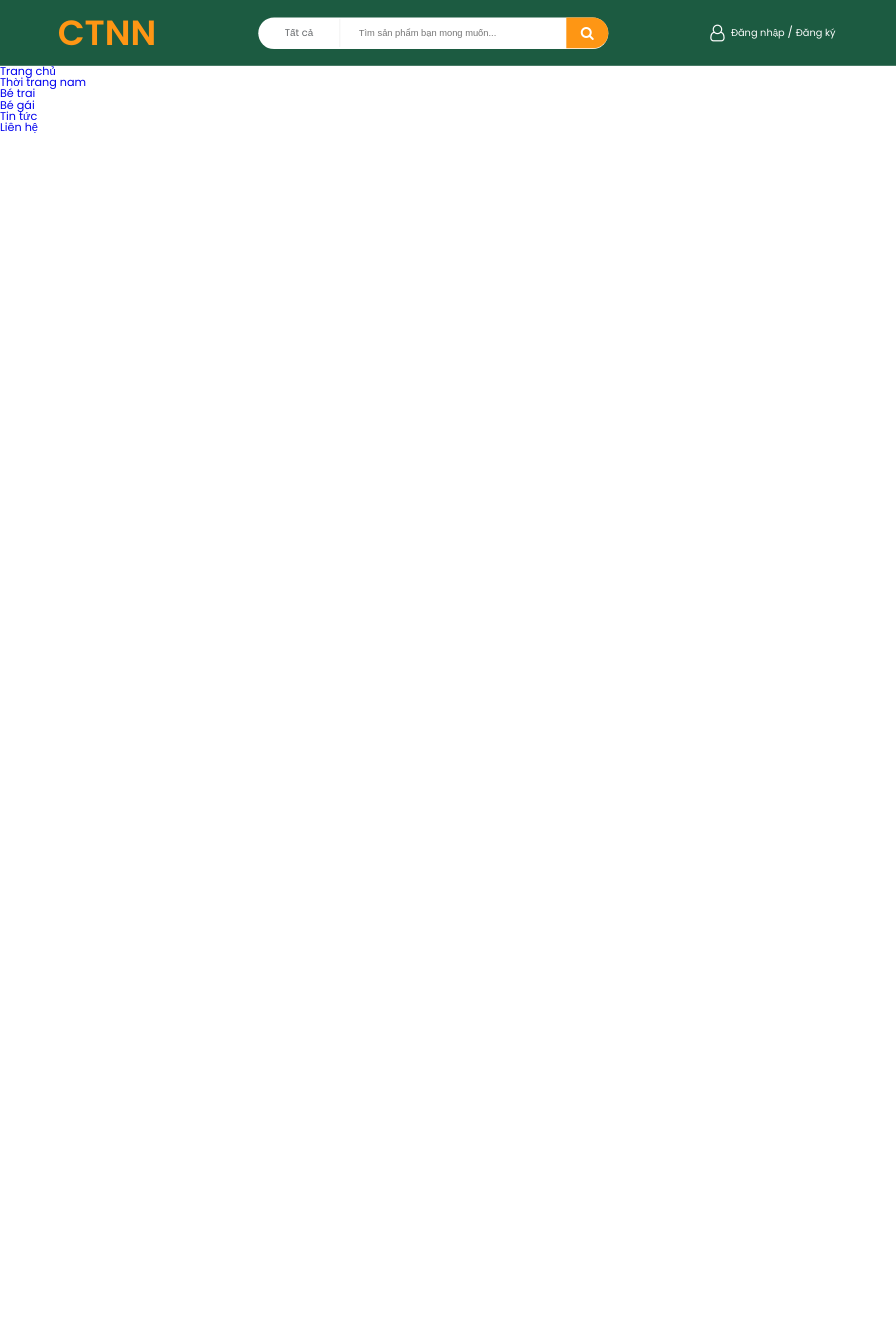
Repository: cuongchua2k2/BaiTapLon-web
Page: index.html
The author's editor kept a copy of each file at every save. The page is drawn from the files as they stood at one save, then again after the next save.
The browser window is 1280 px wide. The pictures show the part of the page from y = 0 to 1920 px (the page is 5000 px tall), at 70% of full size.

Above is the page before, as saved 2023-12-06 15:59:15.

### index.html
<!DOCTYPE html>
<html lang="en">
  <head>
    <meta charset="UTF-8" />
    <meta name="viewport" content="width=device-width, initial-scale=1.0" />
    <!-- reset css -->
    <link rel="stylesheet" href="./assets/css/reset.css" />
    <!-- style css -->
    <link rel="stylesheet" href="./assets/css/style.css" />
    <!-- icon -->
    <link
      rel="stylesheet"
      href="https://cdnjs.cloudflare.com/ajax/libs/font-awesome/4.7.0/css/font-awesome.min.css"
    />
    <!-- font  -->
    <link rel="stylesheet" href="./assets/font/stylesheet.css" />
    <title>Bài tập lớn - shop bán quần áo</title>
  </head>
  <body>
    <!-- header -->
    <header>
      <div id="header">
        <div class="content">
          <!-- header-nav -->
          <div class="nav">
            <div class="nav__logo">
              <a href="/"><span class="logo__content">CTNN</span></a>
            </div>
            <!-- search -->
            <div class="nav__search">
              <p class="nav__desc">Tất cả</p>
              <input
                type="text"
                class="nav__txtsearch"
                placeholder="Tìm sản phẩm bạn mong muốn..."
              />
              <button class="nav__btn--search">
                <i class="fa fa-search" style="font-size: 20px"></i>
              </button>
            </div>
            <!-- login -->
            <div class="login">
              <i
                class="fa fa-user-o"
                style="font-size: 24px; color: #fff; margin-right: 5px"
              ></i>
              <a href="#!" class="btn btn-login">Đăng nhập</a>
              <span style="color: #fff">/</span>
              <a href="#!" class="btn btn-create">Đăng ký</a>
            </div>
          </div>
        </div>
      </div>
      <!-- navbar -->
      <div class="navbar">
        <ul class="navbar__lv1">
          <li class="lv1__item">
            <a href="#!" class="active">Trang chủ</a>
          </li>
          <li class="lv1__item">
            <a href="#!">Thời trang nam</a>
          </li>
          <li class="lv1__item">
            <a href="#!">Bé trai</a>
          </li>
          <li class="lv1__item">
            <a href="#!">Bé gái</a>
          </li>
          <li class="lv1__item">
            <a href="#!">Tin tức</a>
          </li>
          <li class="lv1__item">
            <a href="#!">Liên hệ</a>
          </li>
        </ul>
      </div>
    </header>
    <!-- main -->
    <main></main>
    <!-- footer -->
    <footer></footer>
  </body>
</html>

### assets/css/style.css
* {
  box-sizing: border-box;
}

html {
  font-size: 62.5%;
}

body {
  font-family: "Poppins", sans-serif;
  font-size: 1.6rem;
  height: 5000px;
}

/* =====================common ======================*/

a {
  text-decoration: none;
}

.content {
  width: 1115px;
  margin: 0px auto;
}

.btn {
  text-decoration: none;
  color: #fff;
  font-size: 1.4rem;
  font-weight: 400;
}

.btn:hover {
  opacity: 0.7;
  color: #fe9614;
}

/* =====================header========================= */

/* =========== header nav===============*/

#header {
  padding: 22px 0;
  background-color: #1c5b41;
}

.nav {
  display: flex;
  justify-content: space-between;
  align-items: center;
}

.logo__content {
  font-size: 5rem;
  font-weight: 600;
  color: #fe9614;
}

.nav__search {
  height: 45px;
  width: 500px;
  padding: 4px 0;
  display: flex;
  justify-content: space-between;
  align-items: center;
  background-color: #fff;
  border-radius: 999px;
}

.nav__desc {
  opacity: 0.7;
  padding: 13px 38px;
  font-size: 1.4rem;
  color: #212529;
  font-weight: 400;
  border-right: 1px solid #e5e5e5;
}

.nav__txtsearch {
  width: 300px;
  height: 40px;
  padding: 15px;
  border: none;
}

.nav__btn--search {
  cursor: pointer;
  height: 44px;
  width: 60px;
  border-radius: 0 40px 40px 0;
  color: #fff;
  background: #fe9614;
  border: #fe9614;
}

.nav__btn--search:hover {
  background-color: #fff;
  color: #fe9614;
}

.login {
  display: flex;
  align-items: center;
}

.btn-login,
.btn-create {
  padding: 8px 4px;
}

/* ===========navbar=============== */

### assets/font/stylesheet.css
@font-face {
    font-family: 'Poppins';
    src: url('Poppins-Black.woff2') format('woff2'),
        url('Poppins-Black.woff') format('woff');
    font-weight: 900;
    font-style: normal;
    font-display: swap;
}

@font-face {
    font-family: 'Poppins';
    src: url('Poppins-Bold.woff2') format('woff2'),
        url('Poppins-Bold.woff') format('woff');
    font-weight: bold;
    font-style: normal;
    font-display: swap;
}

@font-face {
    font-family: 'Poppins';
    src: url('Poppins-BlackItalic.woff2') format('woff2'),
        url('Poppins-BlackItalic.woff') format('woff');
    font-weight: 900;
    font-style: italic;
    font-display: swap;
}

@font-face {
    font-family: 'Poppins';
    src: url('Poppins-BoldItalic.woff2') format('woff2'),
        url('Poppins-BoldItalic.woff') format('woff');
    font-weight: bold;
    font-style: italic;
    font-display: swap;
}

@font-face {
    font-family: 'Poppins';
    src: url('Poppins-ExtraLightItalic.woff2') format('woff2'),
        url('Poppins-ExtraLightItalic.woff') format('woff');
    font-weight: 200;
    font-style: italic;
    font-display: swap;
}

@font-face {
    font-family: 'Poppins';
    src: url('Poppins-ExtraBoldItalic.woff2') format('woff2'),
        url('Poppins-ExtraBoldItalic.woff') format('woff');
    font-weight: bold;
    font-style: italic;
    font-display: swap;
}

@font-face {
    font-family: 'Poppins';
    src: url('Poppins-ExtraBold.woff2') format('woff2'),
        url('Poppins-ExtraBold.woff') format('woff');
    font-weight: bold;
    font-style: normal;
    font-display: swap;
}

@font-face {
    font-family: 'Poppins';
    src: url('Poppins-Italic.woff2') format('woff2'),
        url('Poppins-Italic.woff') format('woff');
    font-weight: normal;
    font-style: italic;
    font-display: swap;
}

@font-face {
    font-family: 'Poppins';
    src: url('Poppins-ExtraLight.woff2') format('woff2'),
        url('Poppins-ExtraLight.woff') format('woff');
    font-weight: 200;
    font-style: normal;
    font-display: swap;
}

@font-face {
    font-family: 'Poppins';
    src: url('Poppins-Regular.woff2') format('woff2'),
        url('Poppins-Regular.woff') format('woff');
    font-weight: normal;
    font-style: normal;
    font-display: swap;
}

@font-face {
    font-family: 'Poppins';
    src: url('Poppins-LightItalic.woff2') format('woff2'),
        url('Poppins-LightItalic.woff') format('woff');
    font-weight: 300;
    font-style: italic;
    font-display: swap;
}

@font-face {
    font-family: 'Poppins';
    src: url('Poppins-SemiBold.woff2') format('woff2'),
        url('Poppins-SemiBold.woff') format('woff');
    font-weight: 600;
    font-style: normal;
    font-display: swap;
}

@font-face {
    font-family: 'Poppins';
    src: url('Poppins-Light.woff2') format('woff2'),
        url('Poppins-Light.woff') format('woff');
    font-weight: 300;
    font-style: normal;
    font-display: swap;
}

@font-face {
    font-family: 'Poppins';
    src: url('Poppins-Medium.woff2') format('woff2'),
        url('Poppins-Medium.woff') format('woff');
    font-weight: 500;
    font-style: normal;
    font-display: swap;
}

@font-face {
    font-family: 'Poppins';
    src: url('Poppins-MediumItalic.woff2') format('woff2'),
        url('Poppins-MediumItalic.woff') format('woff');
    font-weight: 500;
    font-style: italic;
    font-display: swap;
}

@font-face {
    font-family: 'Poppins';
    src: url('Poppins-Thin.woff2') format('woff2'),
        url('Poppins-Thin.woff') format('woff');
    font-weight: 100;
    font-style: normal;
    font-display: swap;
}

@font-face {
    font-family: 'Poppins';
    src: url('Poppins-ThinItalic.woff2') format('woff2'),
        url('Poppins-ThinItalic.woff') format('woff');
    font-weight: 100;
    font-style: italic;
    font-display: swap;
}

@font-face {
    font-family: 'Poppins';
    src: url('Poppins-SemiBoldItalic.woff2') format('woff2'),
        url('Poppins-SemiBoldItalic.woff') format('woff');
    font-weight: 600;
    font-style: italic;
    font-display: swap;
}

Loaded but not shown: assets/css/reset.css (common file)

After the next save:
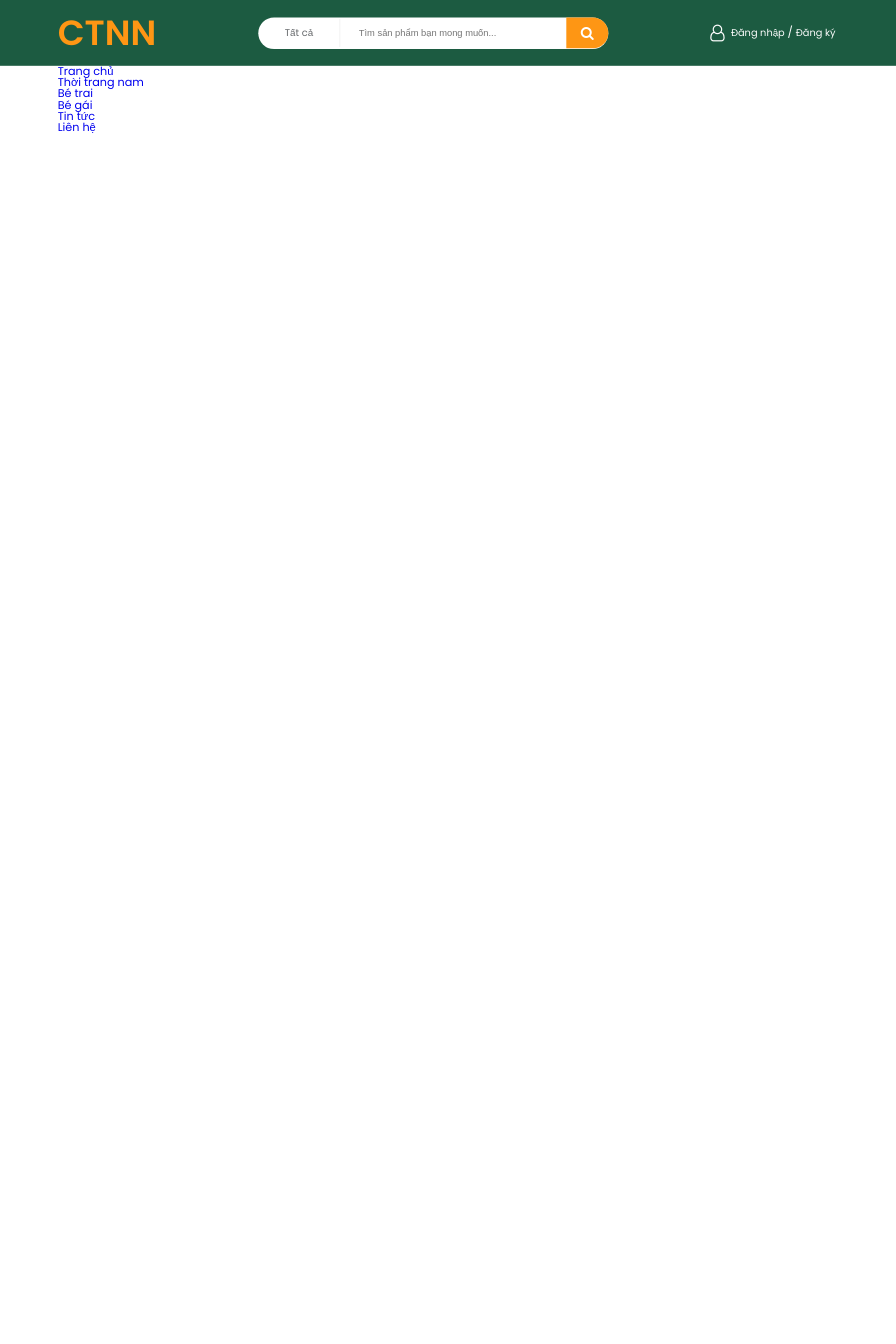
Saved 78 s later.
--- a/index.html
+++ b/index.html
@@ -53,26 +53,28 @@
       </div>
       <!-- navbar -->
       <div class="navbar">
-        <ul class="navbar__lv1">
-          <li class="lv1__item">
-            <a href="#!" class="active">Trang chủ</a>
-          </li>
-          <li class="lv1__item">
-            <a href="#!">Thời trang nam</a>
-          </li>
-          <li class="lv1__item">
-            <a href="#!">Bé trai</a>
-          </li>
-          <li class="lv1__item">
-            <a href="#!">Bé gái</a>
-          </li>
-          <li class="lv1__item">
-            <a href="#!">Tin tức</a>
-          </li>
-          <li class="lv1__item">
-            <a href="#!">Liên hệ</a>
-          </li>
-        </ul>
+        <div class="content">
+          <ul class="navbar__lv1">
+            <li class="lv1__item">
+              <a href="#!" class="active">Trang chủ</a>
+            </li>
+            <li class="lv1__item">
+              <a href="#!">Thời trang nam</a>
+            </li>
+            <li class="lv1__item">
+              <a href="#!">Bé trai</a>
+            </li>
+            <li class="lv1__item">
+              <a href="#!">Bé gái</a>
+            </li>
+            <li class="lv1__item">
+              <a href="#!">Tin tức</a>
+            </li>
+            <li class="lv1__item">
+              <a href="#!">Liên hệ</a>
+            </li>
+          </ul>
+        </div>
       </div>
     </header>
     <!-- main -->
